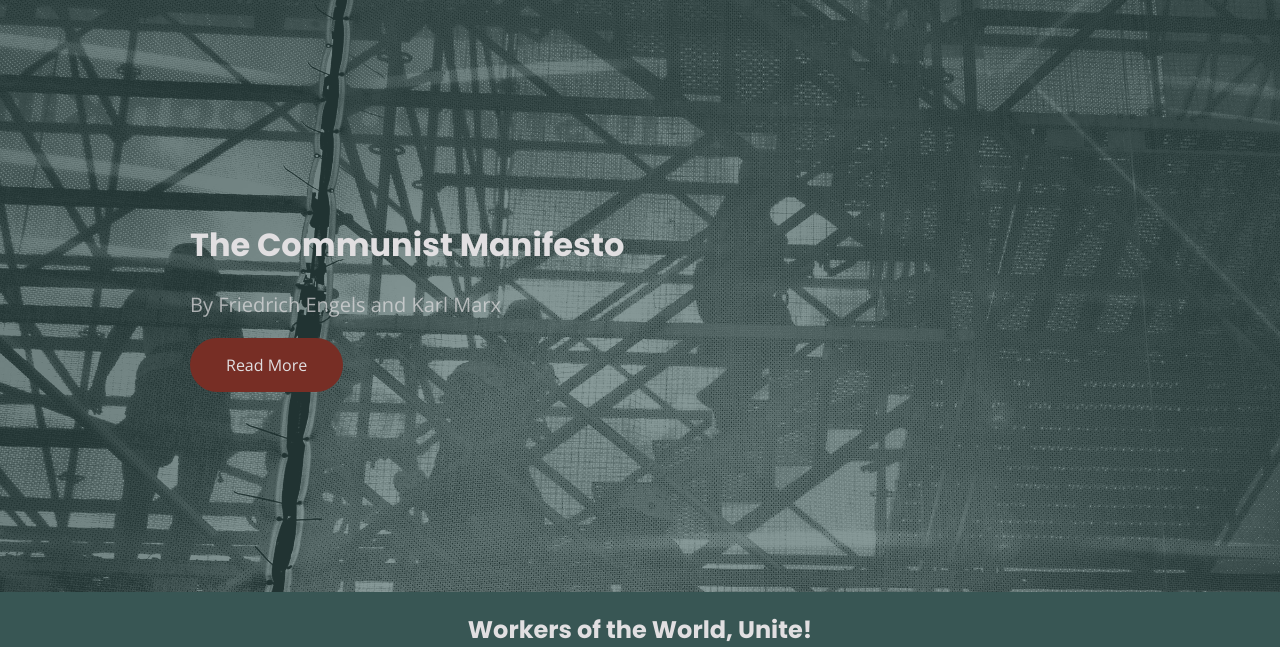
Repository: eaang/landing
Page: index.html
An editor plug-in stored every save of this project. The page is shown before and after the next save, followed by the edit.
The browser window is 1280 px wide. The pictures show the part of the page from y = 0 to 647 px (the page is 1113 px tall).
A picture or video elsewhere on the page could not be fetched, so the positions and the page height are approximate. Some web libraries are served in a nearby version.

Above is the page before, as saved 2020-06-10 16:14:31.

### index.html
<!DOCTYPE html>
<html>
<head>
  <meta charset="UTF-8">
  <title>The Communist Manifesto</title>
  <link rel="shortcut icon" href="data:[embedded picture, 18 characters]" type="image/x-icon">
  <!-- We need this line below for responsiveness! -->
  <meta name="viewport" content="width=device-width, initial-scale=1">
  <link rel="stylesheet" href="css/style.css">
</head>
<body>
  <!-- code a Hero / Banner section -->
  <div class="banner">
    <div class="container">
      <h1>The Communist Manifesto</h1>
      <p>By Friedrich Engels and Karl Marx</p>
      <a class="btn-primary" href="#">Read More</a>
    </div>
  </div>
  <!-- code a "How it works" section -->
  <div class="container">
    <h2 class="text-center">Workers of the World, Unite!</h2>
    <div class="cards">

      <div class="card">
        <img src="images/apply.svg" alt="">
        <h4>Past</h4>
        <p>The history of all hitherto existing society is the history of class struggles.</p>
      </div>

      <div class="card">
        <img src="images/learn.svg" alt="">
        <h4>Present</h4>
        <p>The weapons with which the bourgeoisie felled feudalism to the ground are now turned against the bourgeoisie itself. </p>
      </div>

      <div class="card">
        <img src="images/product.svg" alt="">
        <h4>Future</h4>
        <p>The proletarians have nothing to lose but their chains. They have a world to win.</p>
      </div>

    </div>
  </div>
  <!-- code a footer -->
  <div class="footer">
    <div class="links">
      <a href="#"><i class="fab fa-fw fa-facebook-f"></i></a>
      <a href="#"><i class="fab fa-fw fa-github"></i></a>
      <a href="#"><i class="fab fa-fw fa-twitter"></i></a>
      <a href="#"><i class="fab fa-fw fa-instagram"></i></a>
      <p>The revolution will not be televised. The revolution will be live.</p>

    </div>
  </div>
</body>
</html>

### css/style.css
/* Fonts */
@import url('https://fonts.googleapis.com/css?family=Open+Sans:400,700|Poppins:700');

/* Fontawesome */
@import url('https://use.fontawesome.com/releases/v5.6.3/css/all.css');

/* Utilities */
body {
  margin: 0;
  font-family: Open Sans;
  background-color: #385654;
  color: #E1DFE1;
}

h1, h2, h3, h4 {
  font-family: Poppins;
}

a {
  text-decoration: none;
}

.text-center {
  text-align: center;
}
/* Custom design below! */
.container {
	width: 900px;
	margin: auto;
}

/* Banner design */
.banner:before {
  content: ' ';
  display: block;
  position: absolute;
  left: 0;
  top: 0;
  width: 100%;
  height: 100%;
  z-index: 1;
  opacity: 0.4;
  background-image: url("../images/background.jpg");
  background-repeat: no-repeat;
  background-position: 50% 0;
  -ms-background-size: cover;
  -o-background-size: cover;
  -moz-background-size: cover;
  -webkit-background-size: cover;
  background-size: cover;
}
.banner {
  position: relative;
  background: #385654;
  overflow: hidden;
	padding: 200px 0;
}
.banner h1 {
  position: relative;
  z-index: 2;
	color: #E1DFE1;
}
.banner p {
  position: relative;
  z-index: 2;
	color: #E1DFE1;
	opacity: .7;
	font-size: 20px;
}
.btn-primary {
  position: relative;
  z-index: 2;
	display: inline-block;
	background-color: #772E25;
	padding: 16px 36px;
	border-radius: 50px;
	color: #E1DFE1;
}

/* Cards design */
.cards {
	display: flex;
	justify-content: space-between;
	margin-bottom: 30px;
}
.card {
	width: 200px;
	border-radius: 3px;
	box-shadow: 0 0 5px rgb(40,62,60);
	text-align: center;
	padding: 20px;
	border: 1px solid rgb(40,62,60);
}
.card img {
	height: 100px;
}

After the next save:
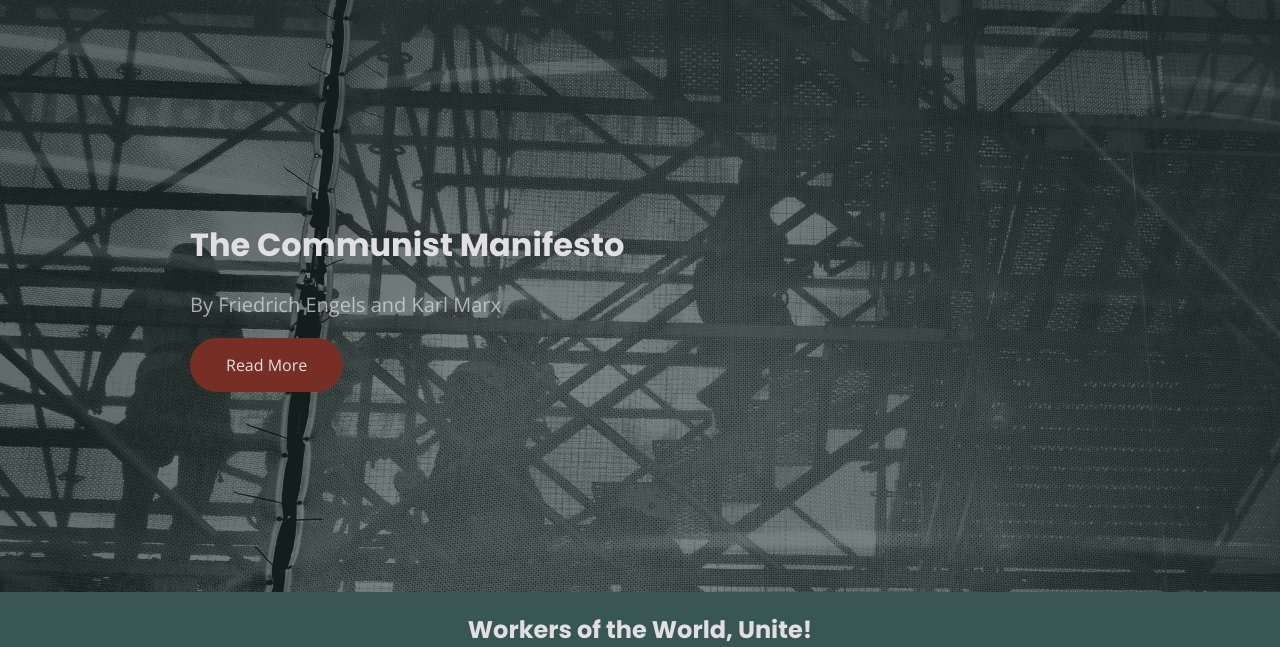
Saved 25 s later.
--- a/css/style.css
+++ b/css/style.css
@@ -51,7 +51,7 @@ a {
 }
 .banner {
   position: relative;
-  background: #385654;
+  background: #203130;
   overflow: hidden;
 	padding: 200px 0;
 }
